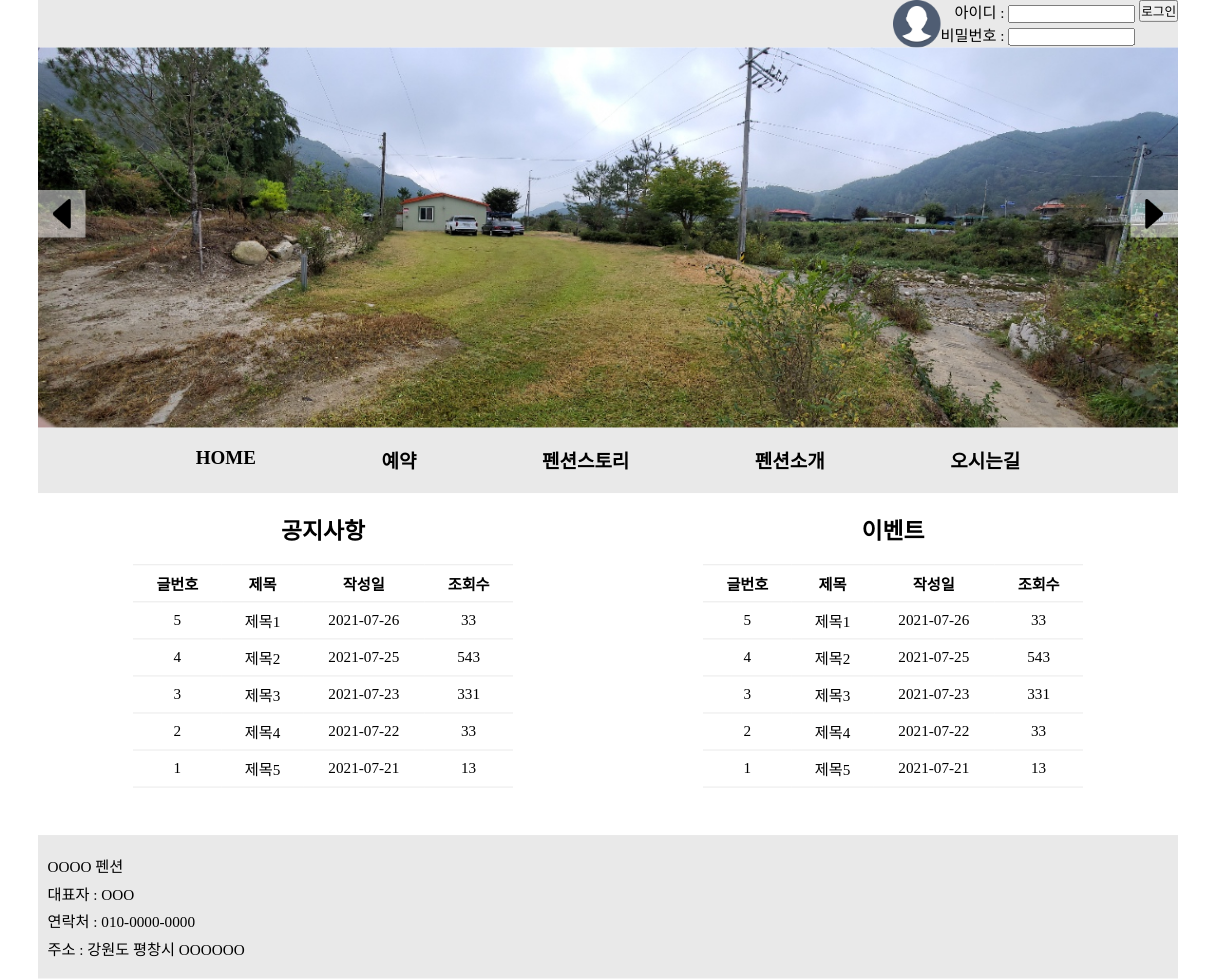
Repository: cdnwell/Jsp
Page: http://localhost/total/
An editor plug-in stored every save of this project. The page is shown before and after the next save, followed by the edit.
The browser window is 1280 px wide. The pictures show the whole page, at 95% of full size.
The page is served by Tomcat 9.

Above is the page before, as saved 2022-06-30 06:05:48.

### total/src/main/webapp/index.jsp
<%@ page language="java" contentType="text/html; charset=UTF-8"
    pageEncoding="UTF-8"%>
<!DOCTYPE html>
<html>
<head>
    <meta charset='utf-8'>
    <meta http-equiv='X-UA-Compatible' content='IE=edge'>
    <title>펜션</title>
    <meta name='viewport' content='width=device-width, initial-scale=1'>

</head>
<body>
<div class="flex_container">
<jsp:include page="template/pheader.jsp"></jsp:include>
<section>
    <article>
        <h2>공지사항</h2>
        <table>
            <tr>
                <th>글번호</th>
                <th>제목</th>
                <th>작성일</th>
                <th>조회수</th>
            </tr>
            <tr>
                <td>5</td>
                <td>제목1</td>
                <td>2021-07-26</td>
                <td>33</td>
            </tr>
            <tr>
                <td>4</td>
                <td>제목2</td>
                <td>2021-07-25</td>
                <td>543</td>
            </tr>
            <tr>
                <td>3</td>
                <td>제목3</td>
                <td>2021-07-23</td>
                <td>331</td>
            </tr>
            <tr>
                <td>2</td>
                <td>제목4</td>
                <td>2021-07-22</td>
                <td>33</td>
            </tr>
            <tr>
                <td>1</td>
                <td>제목5</td>
                <td>2021-07-21</td>
                <td>13</td>
            </tr>
        </table>
    </article>
    <article>
        <h2>이벤트</h2>
        <table>
            <tr>
                <th>글번호</th>
                <th>제목</th>
                <th>작성일</th>
                <th>조회수</th>
            </tr>
            <tr>
                <td>5</td>
                <td>제목1</td>
                <td>2021-07-26</td>
                <td>33</td>
            </tr>
            <tr>
                <td>4</td>
                <td>제목2</td>
                <td>2021-07-25</td>
                <td>543</td>
            </tr>
            <tr>
                <td>3</td>
                <td>제목3</td>
                <td>2021-07-23</td>
                <td>331</td>
            </tr>
            <tr>
                <td>2</td>
                <td>제목4</td>
                <td>2021-07-22</td>
                <td>33</td>
            </tr>
            <tr>
                <td>1</td>
                <td>제목5</td>
                <td>2021-07-21</td>
                <td>13</td>
            </tr>
        </table>
    </article>
</section>
<jsp:include page="template/pfooter.jsp"></jsp:include>
</div>
</body>
</html>

### total/src/main/webapp/template/pheader.jsp
<%@ page language="java" contentType="text/html; charset=UTF-8"
    pageEncoding="UTF-8"%>
<style>
        *{
            margin: 0;
            padding: 0;
        }
        .flex_container{
            display: flex;
            flex-direction: column;
            width: 1200px;
            margin: 0 auto;
            font-size: 0px;
        }
        #member_bar{
            height: 50px;
            background-color: #e9e9e9;
            text-align: right;
        }
        #member_bar img{
            width: 50px;
            float: left;
        }
        #member_bar > div > p{
            width: 200px;
            float: left;
            font-size: 16px;
            text-align: left;
            padding-left: 5px;
            margin-top: 2px;
        }
        #member_bar > div{
            width: 300px;
            display: inline-block;
        }
        nav{
            padding:20px 100px;
            background-color: #e9e9e9;
        }
        nav ul{
            list-style-type: none;
            display: flex;
            flex-direction: row;
            justify-content: space-around;
        }

        nav a:link,nav a:visited{
            font-size: 20px;
            font-weight: bold;
            text-decoration: none;
            color:black;
        }
        .ad_img {
            position: relative;
        }
        .ad_img button{
            background: none;
            border: none;
            position: absolute;
            background-color: rgba(255, 255, 255, 0.5);
            width: 50px;
            height: 50px;
        }
        .ad_img button img{
            width: 50px;
        }
        .left_arrow{
            top : calc(50% - 50px);
        }
        .right_arrow{
            top : calc(50% - 50px);
            right: 0px;
            transform: rotate(180deg);
        }
        section{
            margin-top: 20px;
            display: flex;
            flex-direction: row;
            justify-content: space-around;
        }
        section h2{
            font-size : 24px;
            margin-bottom: 20px;
            text-align: center;
        }
        section table{
            width: 100%;
            border-collapse: collapse;
            font-size: 16px;
            text-align: center;
        }
        section table td,section table th{
            padding:7px 20px;
            border-top: 1px solid #e9e9e9;
            border-bottom: 1px solid #e9e9e9;
        }

        article{
            width: 400px;
        }
        footer{
            margin-top: 50px;
            padding:15px 10px;
            font-size: 16px;
            background-color: #e9e9e9;
        }
        footer ul{
            list-style-type: none;
        }
        footer ul li{
            margin: 5px 0px;
        }

        #login_box{
        	font-size : 16px;
        	float:left;
        }
        #member_bar input{
        	width:130px;
        }
    </style>


        <header>
   <div id="member_bar">
      <div>
         <img src="resource/images/profile.png" alt="">
         <div id="login_box">
         아이디 : <input type="text"> <br>
         비밀번호 : <input type="password"> <br>
         </div>
         <button>로그인</button>
      </div>
   </div>
   <div class="ad_img">
      <button class="left_arrow">
         <img src="resource/images/left_arrow.png" alt="">
      </button>
      <button class="right_arrow">
         <img src="resource/images/left_arrow.png" alt="">
      </button>
      <img src="resource/images/main_4.jpg" alt="">
   </div>
</header>
<nav>
   <ul>
      <li><a href="main.jsp">HOME</a></li>
      <li><a href="sub_page2.jsp">예약</a></li>
      <li><a href="#">펜션스토리</a></li>
      <li><a href="#">펜션소개</a></li>
      <li><a href="sub_page1.jsp">오시는길</a></li>
   </ul>
</nav>

### total/src/main/webapp/template/pfooter.jsp
<%@ page language="java" contentType="text/html; charset=UTF-8"
    pageEncoding="UTF-8"%>
<footer>
      <ul>
         <li>OOOO 펜션</li>
         <li>대표자 : OOO</li>
         <li>연락처 : 010-0000-0000</li>
         <li>주소 : 강원도 평창시 OOOOOO</li>
      </ul>
   </footer>

After the next save:
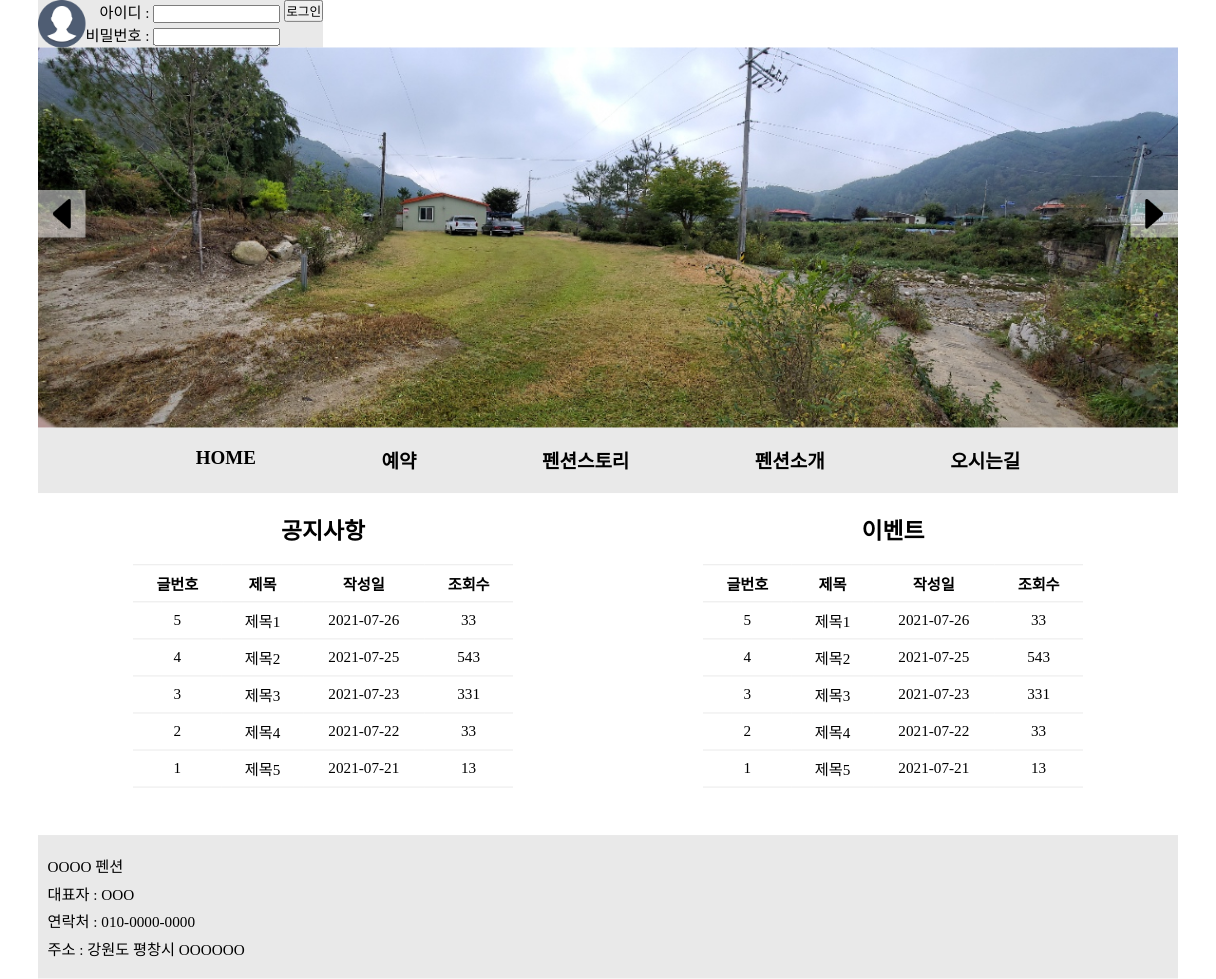
Saved 27 s later.
--- a/total/src/main/webapp/template/pheader.jsp
+++ b/total/src/main/webapp/template/pheader.jsp
@@ -16,6 +16,7 @@
             height: 50px;
             background-color: #e9e9e9;
             text-align: right;
+            width : 300px;
         }
         #member_bar img{
             width: 50px;
